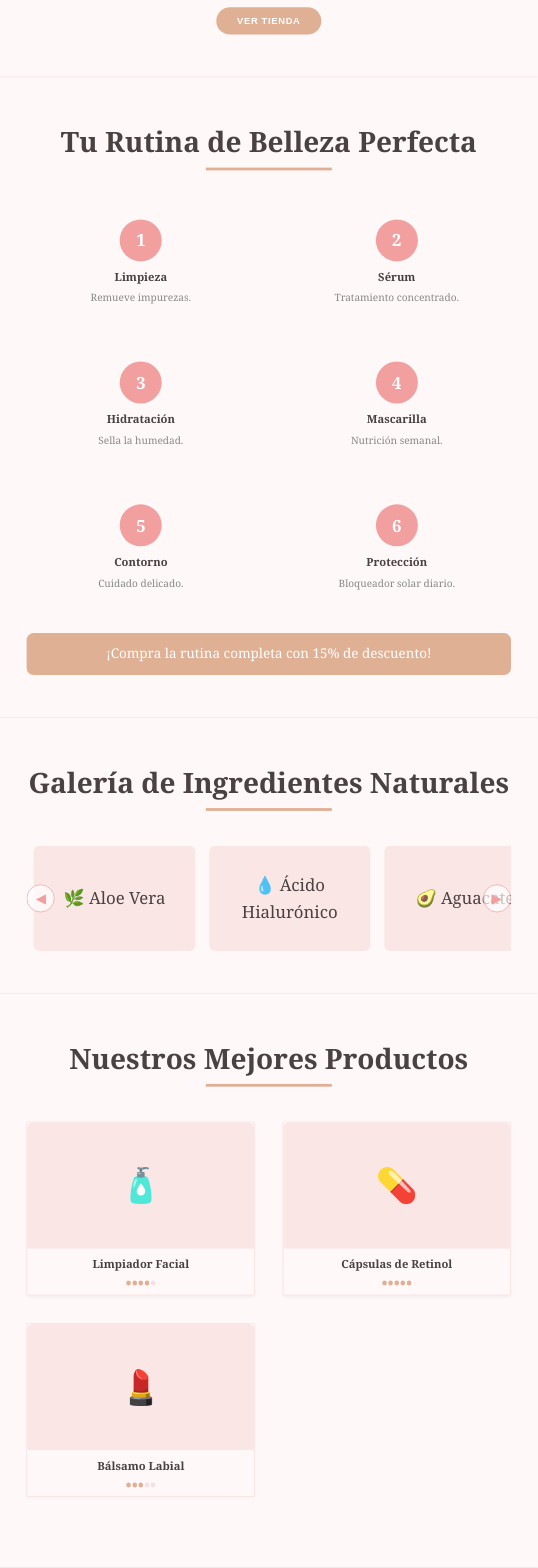
Repository: NovaSystem-DG/tienda-online
Page: index.html
The author's editor kept a copy of each file at every save. The page is drawn from the files as they stood at one save, then again after the next save.
The browser window is 768 px wide. The pictures show the part of the page from y = 958 to 3198 px (the page is 3198 px tall), at 70% of full size.

Above is the page before, as saved 2025-12-10 12:58:08.

After the next save:
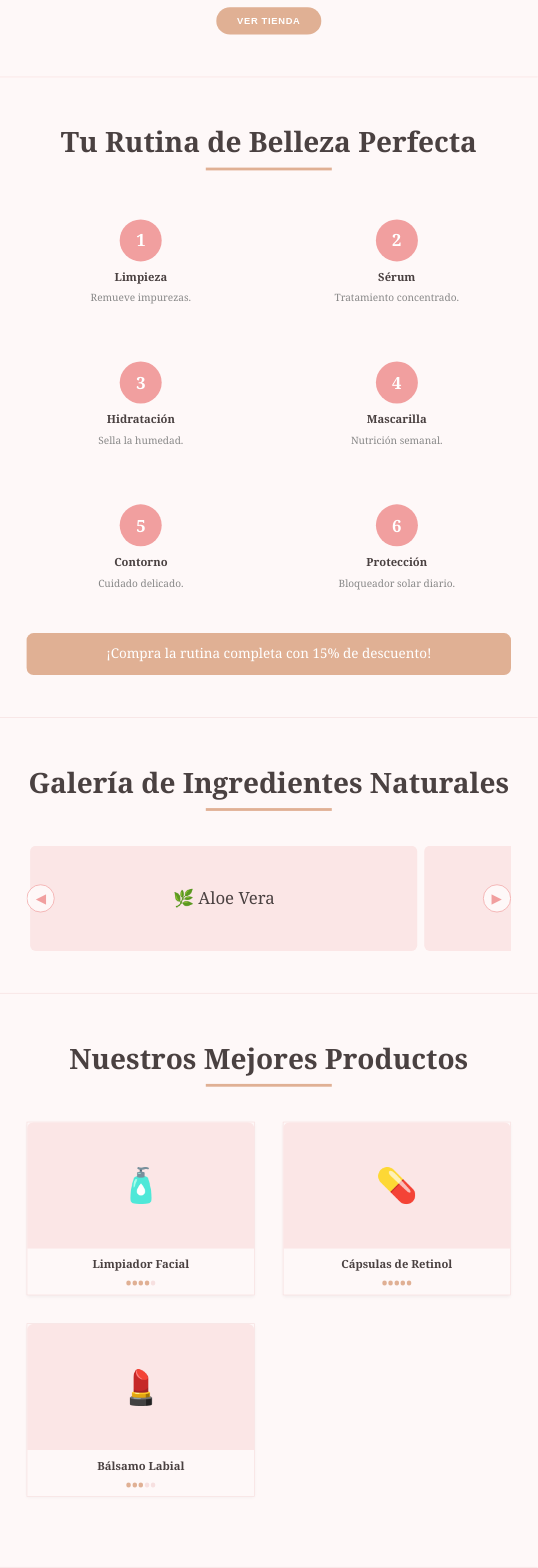
Saved 6 s later.
--- a/style.css
+++ b/style.css
@@ -353,4 +353,14 @@
     }
 }
 
-/*  */
+/* Carrucel */
+@media (max-width: 768px) {
+    .gallery-item {
+        flex: 0 0 80%; /* Ocupa casi toda la pantalla */
+        margin: 0 5px;
+    }
+
+    .carousel-container {
+        max-width: 100%;
+    }
+}
